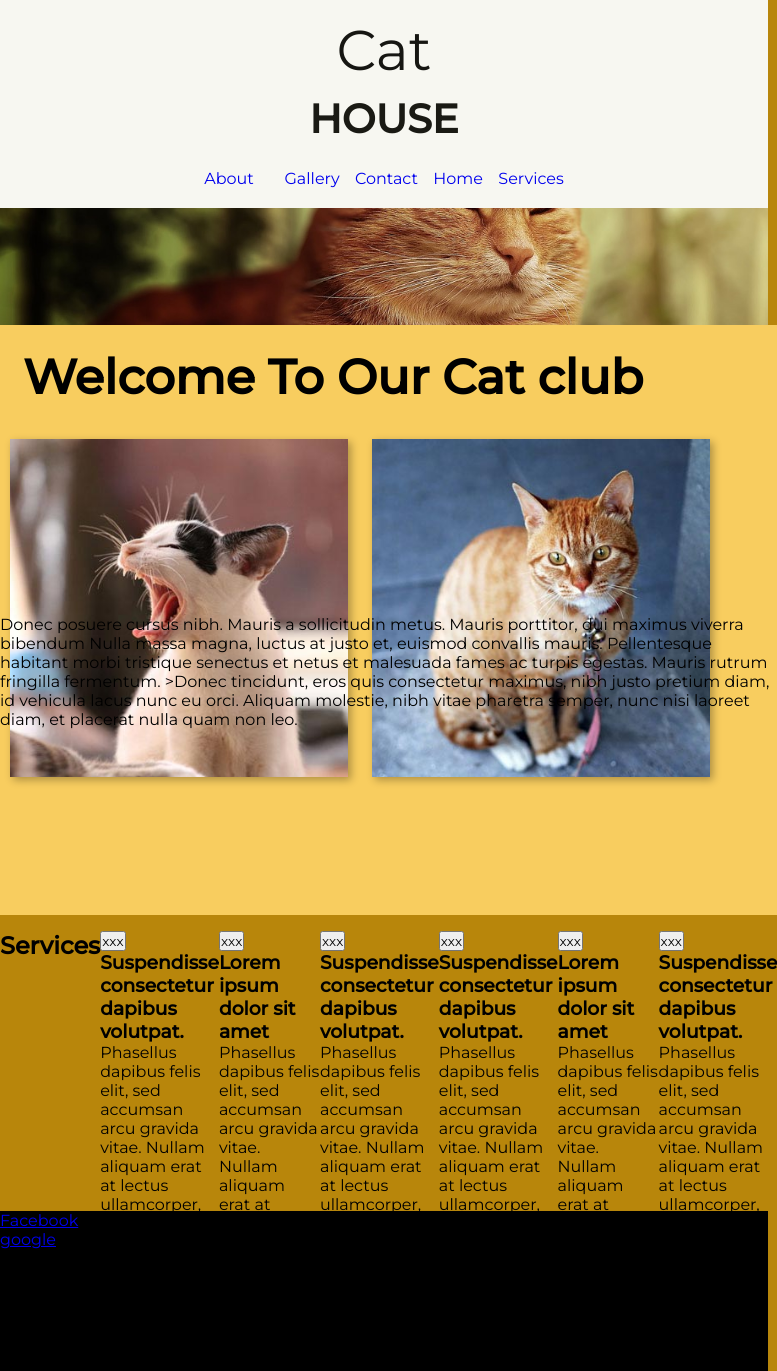
Repository: raul4264/final
Page: index.html
An editor plug-in stored every save of this project. The page is shown before and after the next save, followed by the edit.
The browser window is 768 px wide. The page is 777 px wide, so the pictures cover 777 px, including what lies to the right of the window. The pictures show the whole page.

Above is the page before, as saved 2021-03-28 14:15:38.

After the next save:
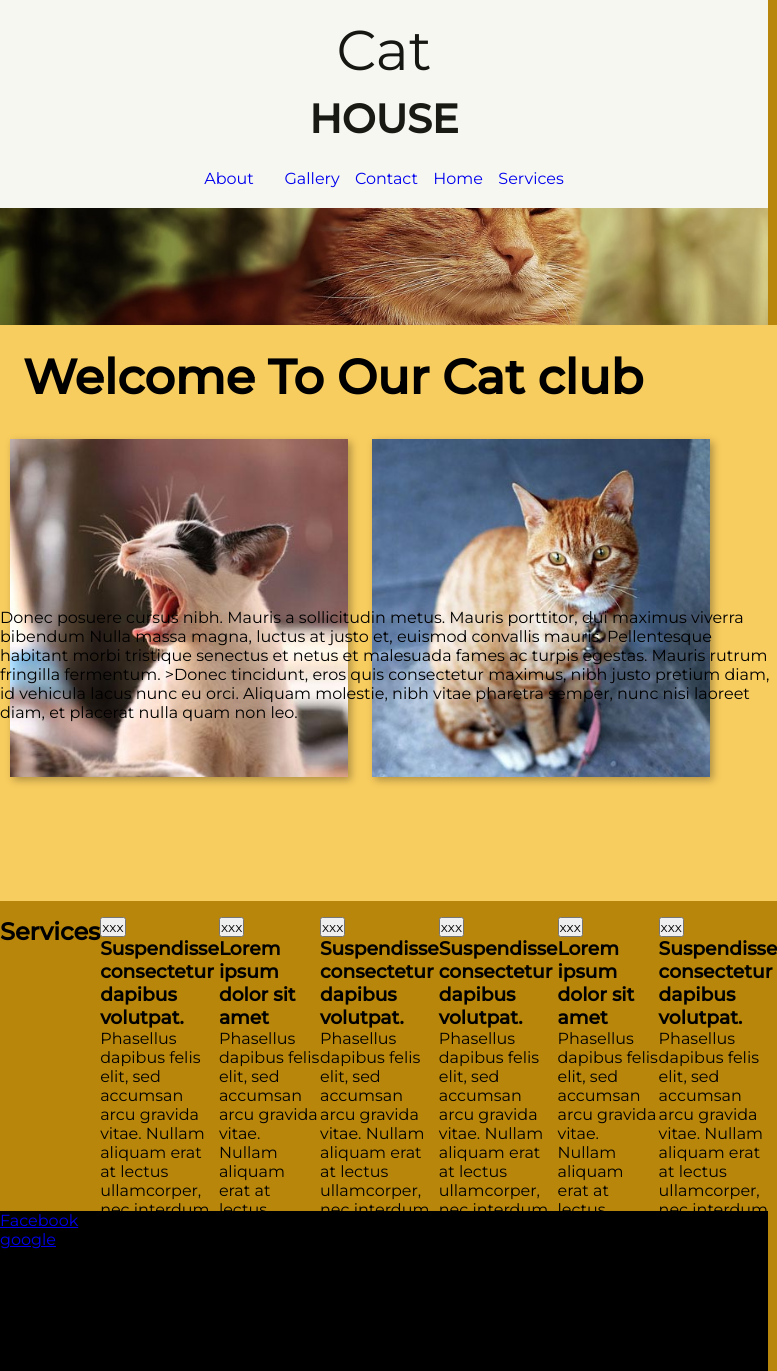
Saved 62 s later.
--- a/css/estilos.css
+++ b/css/estilos.css
@@ -387,15 +387,15 @@
         /* background-color: rgb(197, 197, 214); */
     }
     .cards {
-        box-sizing: border-box;
+
         grid-column-start: 1;
         grid-column-end: 2;
         grid-row-start: 1;
         grid-row-end: 2;
     }
     .cards2 {
-        box-sizing: border-box;
-
+
+         height: 100px;
         grid-column-start: 1;
         grid-column-end: 2;
         grid-row-start: 2;
@@ -408,7 +408,7 @@
         max-width: 44vw;
     }
     .services {
-        box-sizing: border-box;
+
         background-color: darkgoldenrod;
         display: flex;
         grid-template-columns: ;

After the save that followed:
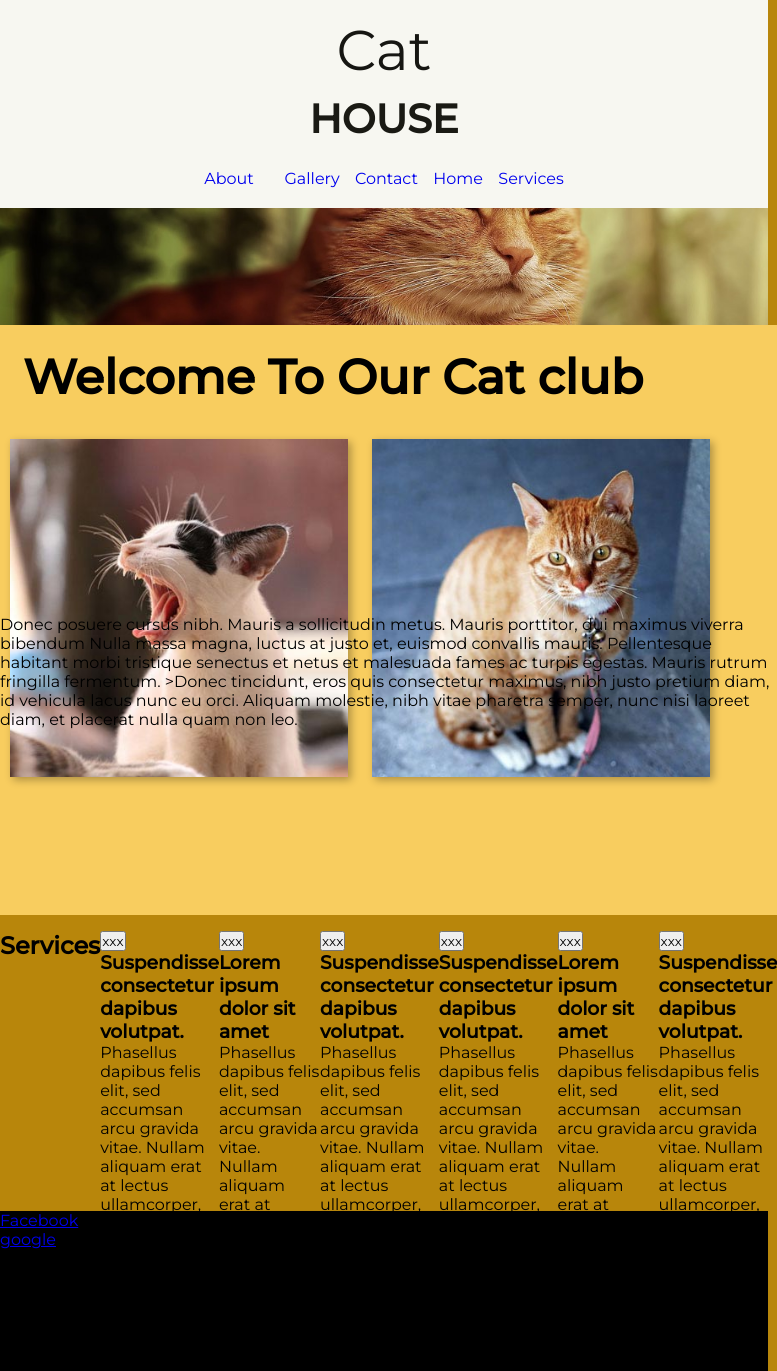
Saved 56 s later.
--- a/css/estilos.css
+++ b/css/estilos.css
@@ -395,7 +395,7 @@
     }
     .cards2 {
 
-         height: 100px;
+
         grid-column-start: 1;
         grid-column-end: 2;
         grid-row-start: 2;
@@ -411,6 +411,7 @@
 
         background-color: darkgoldenrod;
         display: flex;
+        flex-direction: column
         grid-template-columns: ;
         grid-template-rows: ;
         margin-bottom: 10px;
